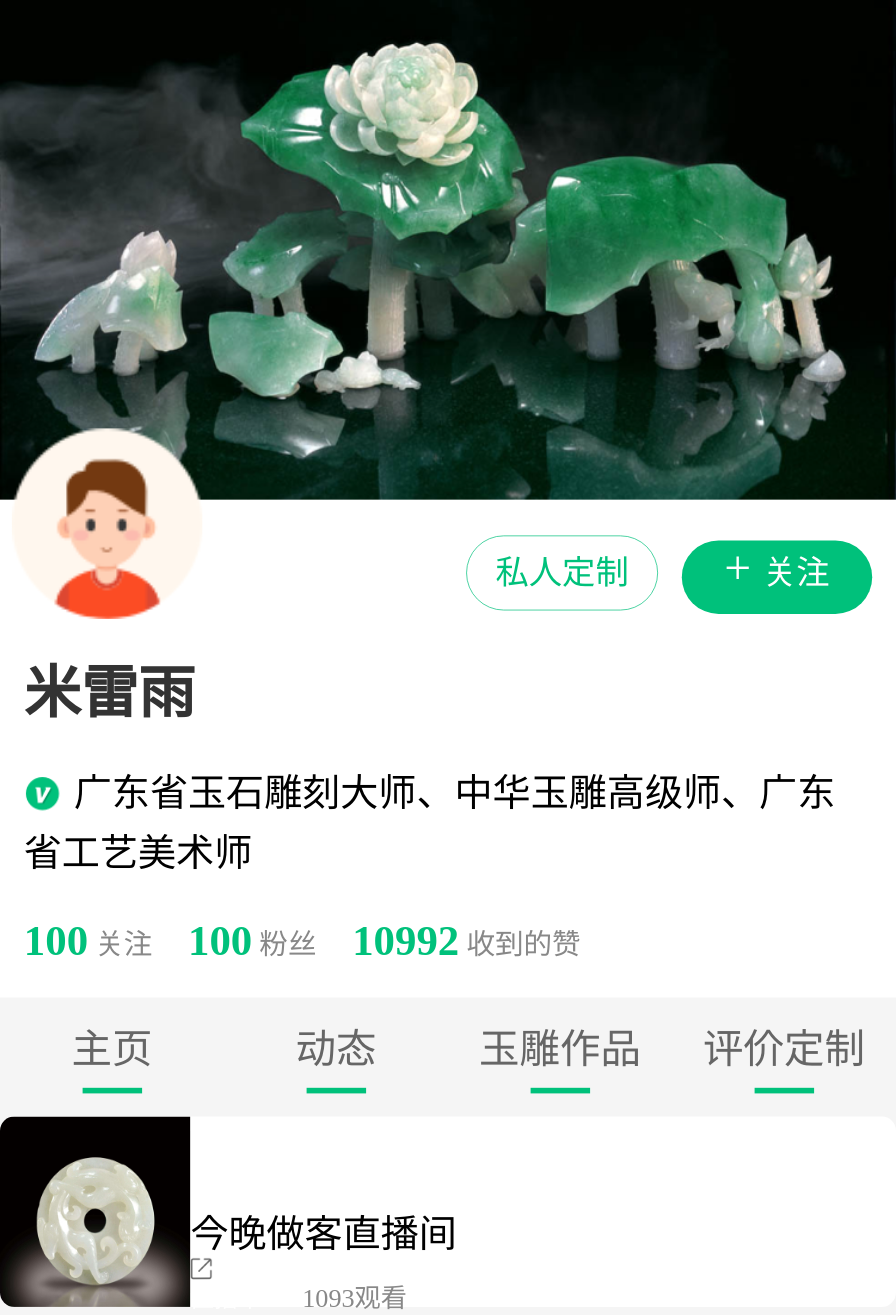
Repository: 1yanglulu/-
Page: html/jadecarvemaincenter.html
The author's editor kept a copy of each file at every save. The page is drawn from the files as they stood at one save, then again after the next save.
The browser window is 1280 px wide. The pictures show the whole page, at 70% of full size.

Above is the page before, as saved 2020-01-07 16:41:12.

### html/jadecarvemaincenter.html
<!DOCTYPE html>
<html lang="en">
<head>
  <meta charset="UTF-8">
  <meta name="viewport" content="width=device-width, user-scalable=no, initial-scale=1.0, maximum-scale=1.0, minimum-scale=1.0">
  <meta http-equiv="X-UA-Compatible" content="ie=edge">
  <title>玉雕师详情</title>
  <link rel="stylesheet" href="../css/common.css">
  <link rel="stylesheet" href="../css/jadecarvemaincenter.css">
  <link rel="stylesheet" href="../css/jadehomepage.css">
</head>
<body class="bac-color">
  <div class="jade-main-center  bac-color">
    <div class="top-banner">
      <img src="../images/mainbac.png" alt="" class="banner-bac">
    </div>
    <div class="avatar-box">
      <img src="../images/defaultImg.png" alt="" class="default-img">
      <div class="btn-box fn">
        <a href="javascript:void(0);" class="self-made">私人定制</a>
        <div class="follow-btn"><span class="add-icon">+</span>关注</div>
      </div>
      <div class="jade-name">
        米雷雨
      </div>
      <div class="jade-introduce fn">
        <img src="../images/vipicon.png" alt="vip" class="vip-icon">
        <span class="touxian">广东省玉石雕刻大师、中华玉雕高级师、广东省工艺美术师</span>
      </div>
      <div class="jade-hot-num">
        <span class="for-num">100</span>关注<span class="for-num">100</span>粉丝<span class="for-num">10992</span>收到的赞
      </div>
    </div>
    <div class="jade-tab clearfix">
      <div class="jade-tab-item fl  fn">
        <span>主页</span>
        <div class="tab-line"></div>
      </div>
      <div class="jade-tab-item fl  fn">
        <span>动态</span>
        <div class="tab-line"></div>
      </div>
      <div class="jade-tab-item fl  fn">
        <span>玉雕作品</span>
        <div class="tab-line"></div>
      </div>
      <div class="jade-tab-item fl  fn">
        <span>评价定制</span>
        <div class="tab-line"></div>
      </div>
    </div>
    <div id="home-page-con">
    </div>
    <div class="active-page-con">
    </div>
    <div class="jade-works-page-con">
    </div>
    <div class="jade-comment-made-page-con">
    </div>
  </div>
  <script src="../js/jquery-3.3.1.min.js"></script>
  <script src="../js/rem.js"></script>
  <script src="../js/jadecarvemaincenter.js"></script>
  <script>
    $(document).ready(function(){
    　　$("#home-page-con").load("./jadehomepage.html")
    });
  </script>
</body>
</html>

### css/common.css
h2,body,div,html,ul,li,a,img{
  margin: 0;
  padding: 0;
}
a,img{
  display:block;
}
.fn{
  font-size:0;
}
ul{
  margin-block-start: 0;
  margin-block-end: 0;
  padding-inline-start: 0;
}
ul li{
  list-style: none;
}
a{
  text-decoration: none;
}
.clearfix:after{/*伪元素是行内元素 正常浏览器清除浮动方法*/
  content: "";
  display: block;
  height: 0;
  clear:both;
  visibility: hidden;
}
.clearfix{
  *zoom: 1;/*ie6清除浮动的方式 *号只有IE6-IE7执行，其他浏览器不执行*/
}
.fl{
  float: left;
}
.fr{
  float:right;
}
.bac-color{
  /* background:rgb(248,248,248); */
  background: #f5f5f5;
}

### css/jadecarvemaincenter.css
.jade-main-center{
  width: 100%;
}
.top-banner{
  background: #fff;
}
.banner-bac{
  width: 100%;
  height: 4.2rem;
  display: block
}
.default-img{
  width: 1.6rem;
  height: 1.6rem;
}
.avatar-box{
  position: relative;
  background: #fff;
}
.default-img{
  position: absolute;
  left:.1rem;
  top:-.6rem;

}
.avatar-box{
  padding:0 .2rem 0.3rem;
}
.btn-box{
  text-align: right;
  padding: .3rem 0;
}
.self-made{
  display: inline-block;
  padding: 0 .24rem;
  text-align: center;
  line-height: .62rem;
  border: 1px solid #00C17B;
  border-radius:.33rem;
  background: #fff;
  font-size: .28rem;
  color: #00C17B;
  margin-right: .2rem;
}
.follow-btn{
  width: 1.6rem;
  height: .62rem;
  text-align: center;
  background: #00C17B;
  border-radius:.33rem;
  font-size: .28rem;
  color: #FFFFFF;
  display: inline-block;
}
.add-icon{
  font-size: .4rem;
  color: #FFFFFF;
  margin-right: .1rem;
}
.jade-name{
  font-size: .48rem;
  color: #333333;
  line-height: .58rem;
  text-align: left;
  margin-top: .08rem;
  font-weight: bold;
  margin-bottom: .3rem;
  background: #fff;
}
.jade-introduce{
  margin-bottom: .3rem;
  background: #fff;
}
.vip-icon{
  width: .32rem;
  height: .32rem;
  display: inline-block;
  margin-right: .1rem;
  vertical-align: middle;
}
.touxian{
  font-size: .32rem;
  color: #000000;
  line-height: .5rem;
  vertical-align: middle;
}
.jade-hot-num{
  font-size: .24rem;
  color: #888888;
  text-align: center;
  text-align: left;
  background: #fff;
}
.jade-hot-num .for-num{
  font-size: .36rem;
  color: #00C17B;
  text-align: center;
  font-weight: bold;
  margin-left: .3rem;
  vertical-align: bottom;
  line-height: 0.36rem;
  margin-right: .06rem;
}
.jade-hot-num .for-num:first-child{
  margin-left: 0;
}
.jade-tab{
  height: 1rem;
}
.jade-tab .jade-tab-item{
  width: 25%;
  height: 100%;
  text-align: center;
  padding-top: 0.2rem;
  box-sizing: border-box;
}
.jade-tab .jade-tab-item>span{
  display: block;
  height: 0.48rem;
  text-align: center;
  line-height: .48rem;
  margin-bottom: .08rem;
  font-size: .34rem;
  color: #666666;
}
.tab-line{
  width: .5rem;
  height: .05rem;
  background: #00C17B;
  display: inline-block;
}
.active-style{
  color:#00C17B
}
.home-page-con{
  padding:0 .2rem;
}

### css/jadehomepage.css
.bodyStyle{
  padding:0 .2rem;
}
.home-top{
  width: 100%;
  height: 1.6rem;
  background: #FFFFFF;
  border-radius: .12rem;
}
.live-bac{
  display: inline-block;
  width: 1.6rem;
  height: 100%;
  border-radius: 0.12rem 0 0 0.12rem;
}
.live-con{
  /* height: 100%; */
  display: inline-block;
}
.live-title{
  font-size: .32rem;
  color: #000000;
  letter-spacing: 0;
}
.live-status{
  display: inline-block;
  width: .94rem;
  height: .32rem;
  font-size: .2rem;
  color: #FFFFFF;
}
.live-status>img{
  width: .18rem;
  height: .18rem;
}
.live-visitor-num{
  display: inline-block;
  font-size: .22rem;
  color: #888888;
}

### js/rem.js
(function (doc, win) {
    var docEl = doc.documentElement,
        resizeEvt = 'orientationchange' in window ? 'orientationchange' : 'resize',
        recalc = function () {
            var clientWidth = docEl.clientWidth;
            if (!clientWidth) return;
            docEl.style.fontSize =Math.floor(100*(clientWidth / 750))+ 'px';
        };
    if (!doc.addEventListener) return;
    win.addEventListener(resizeEvt, recalc, false);
    doc.addEventListener('DOMContentLoaded', recalc, false);
})(document,window);

### html/jadehomepage.html
<div class="home-top fn">
  <img src="../images/yushi1.jpg" alt="直播间封面" class="live-bac">
  <div class="live-con fn">
    <div class="live-title">今晚做客直播间</div>
    <div class="live-detail fn">
      <div class="live-status fn"><img src="../images/share.png" alt="" class="live-status-icon">直播中</div>
      <div class="live-visitor-num">1093观看</div>
    </div>
  </div>
  <a href="javascript:void(0);">进入直播间</a>
</div>

Loaded but not shown: js/jquery-3.3.1.min.js (library); js/jadecarvemaincenter.js (no stored copy; drawn as an empty file)

After the next save:
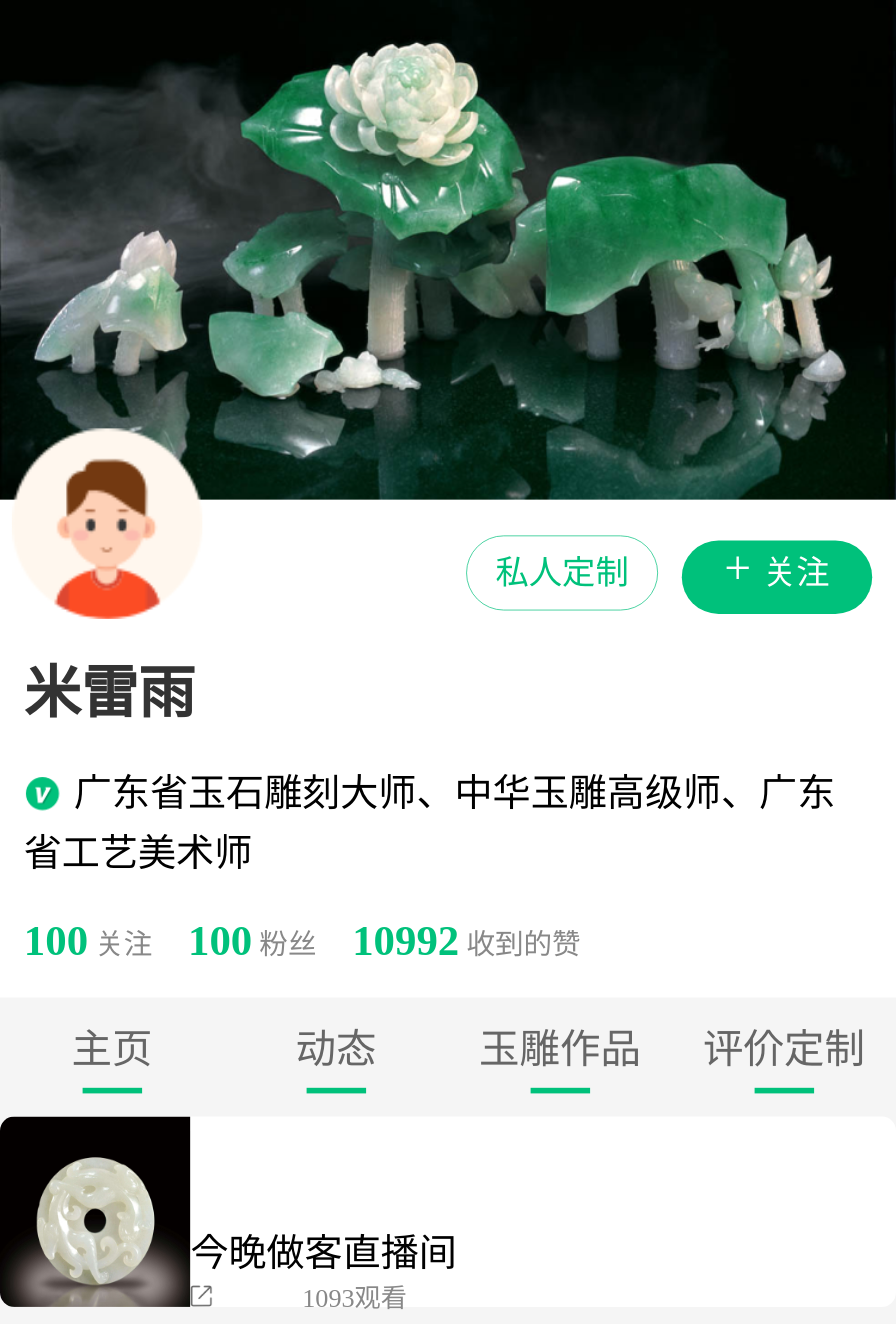
Saved 29 s later.
--- a/css/jadehomepage.css
+++ b/css/jadehomepage.css
@@ -26,12 +26,11 @@
   display: inline-block;
   width: .94rem;
   height: .32rem;
-  font-size: .2rem;
-  color: #FFFFFF;
 }
 .live-status>img{
   width: .18rem;
   height: .18rem;
+  display: inline-block;
 }
 .live-visitor-num{
   display: inline-block;
